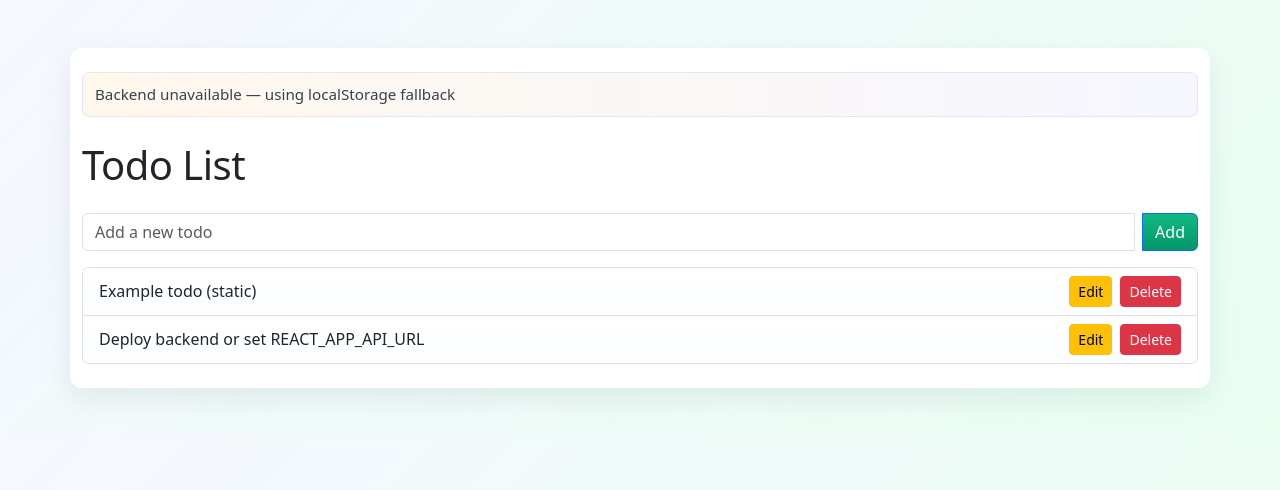
Repository: tomislavblazevic/Etridebelt
Page: / (app in frontend/)
An editor plug-in stored every save of this project. The page is shown before and after the next save, followed by the edit.
The browser window is 1280 px wide. The pictures show the whole page.
The page's requests for data from a server got no answer. The project was rebuilt for these pictures with package versions that can differ from the ones it lists, and the page was loaded fresh each time. No one was signed in, and anything a server would have sent is missing. Also part of the build but not shown: frontend/vite.config.ts.

Above is the page before, as saved 2026-03-18 16:02:32.

After the next save:
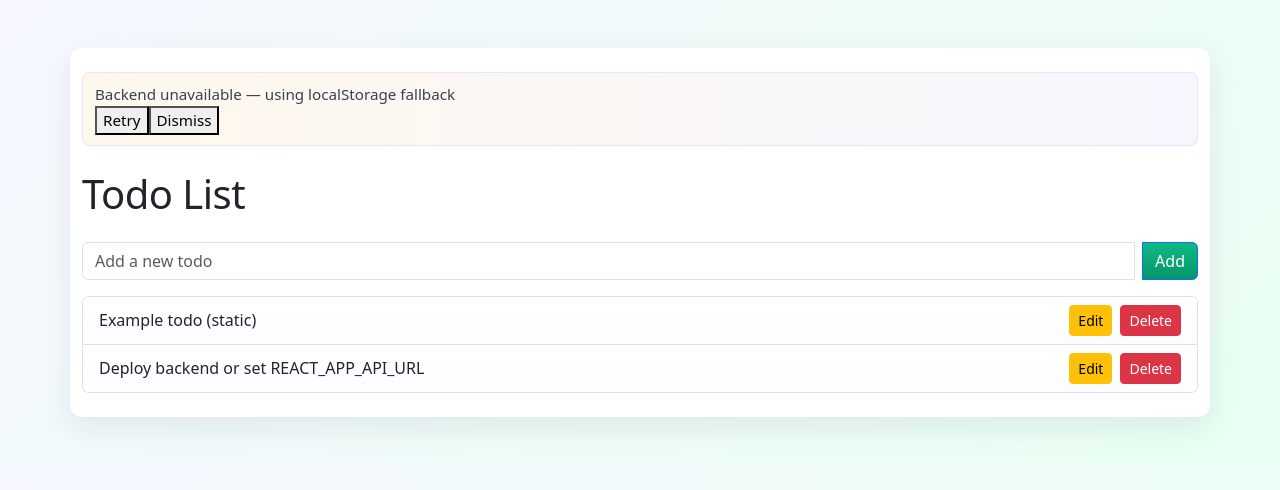
Saved 109 s later.
--- a/frontend/src/App.tsx
+++ b/frontend/src/App.tsx
@@ -147,12 +147,37 @@ function App() {
     });
   };
 
+  const retryConnection = () => {
+    if (!API_URL) {
+      setErrorMessage('No backend URL configured to retry');
+      return;
+    }
+    setErrorMessage('Retrying connection to backend...');
+    axios.get<Todo[]>(API_URL).then((response) => {
+      setTodos(response.data as Todo[]);
+      setFallbackLocal(false);
+      setErrorMessage(null);
+    }).catch(() => {
+      setErrorMessage('Retry failed — backend still unreachable');
+    });
+  };
+
 
   return (
     <div className="container">
       {errorMessage && (
         <div className="alert-fallback" role="alert">
-          {errorMessage}
+          <div className="alert-text">{errorMessage}</div>
+          <div className="alert-actions">
+            {API_URL && (
+              <button type="button" className="btn-retry" onClick={retryConnection}>
+                Retry
+              </button>
+            )}
+            <button type="button" className="btn-dismiss" onClick={() => setErrorMessage(null)}>
+              Dismiss
+            </button>
+          </div>
         </div>
       )}
       <h1 className="my-4">Todo List</h1>
